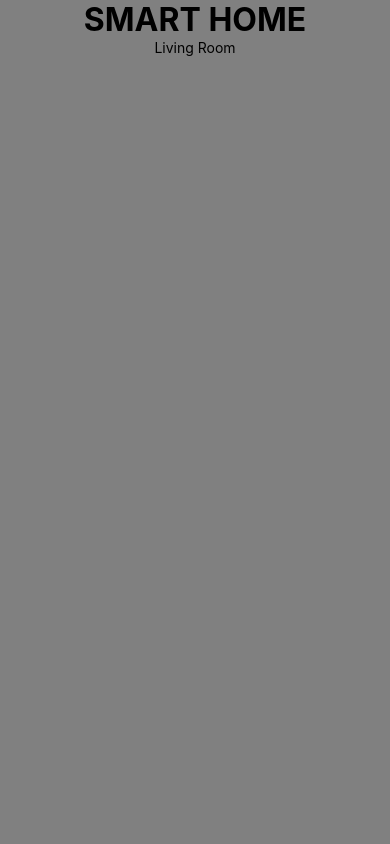
Repository: NQD2308/CNTT3
Screen: / (app in Week 5/home work/ListThietBi/)
These files come from the project's save history. The screen is drawn as it stood at one moment and after a run of saves; the edit follows.
The app was drawn by React Native's web renderer in a window 390 px wide. The project was rebuilt for these pictures with package versions that can differ from the ones it lists, and the page was loaded fresh each time.

Above is the screen before, as saved 2024-04-11 22:28:25.

After the next 5 saves:
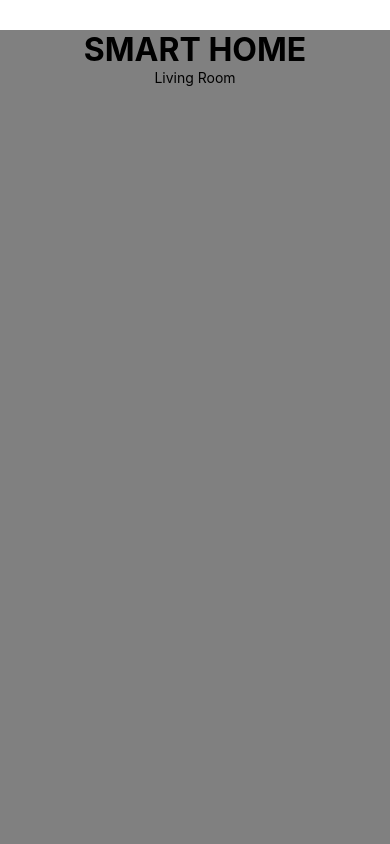
The 5 saves are shown as one change because they came seconds apart.
The last was saved 19 s later.
--- a/Week 5/home work/ListThietBi/App.js
+++ b/Week 5/home work/ListThietBi/App.js
@@ -16,6 +16,7 @@ const styles = StyleSheet.create({
     flex: 1,
     backgroundColor: 'gray',
     alignItems: 'center',
+    marginTop: 30
   },
   headerText: {
     fontSize: 32,
